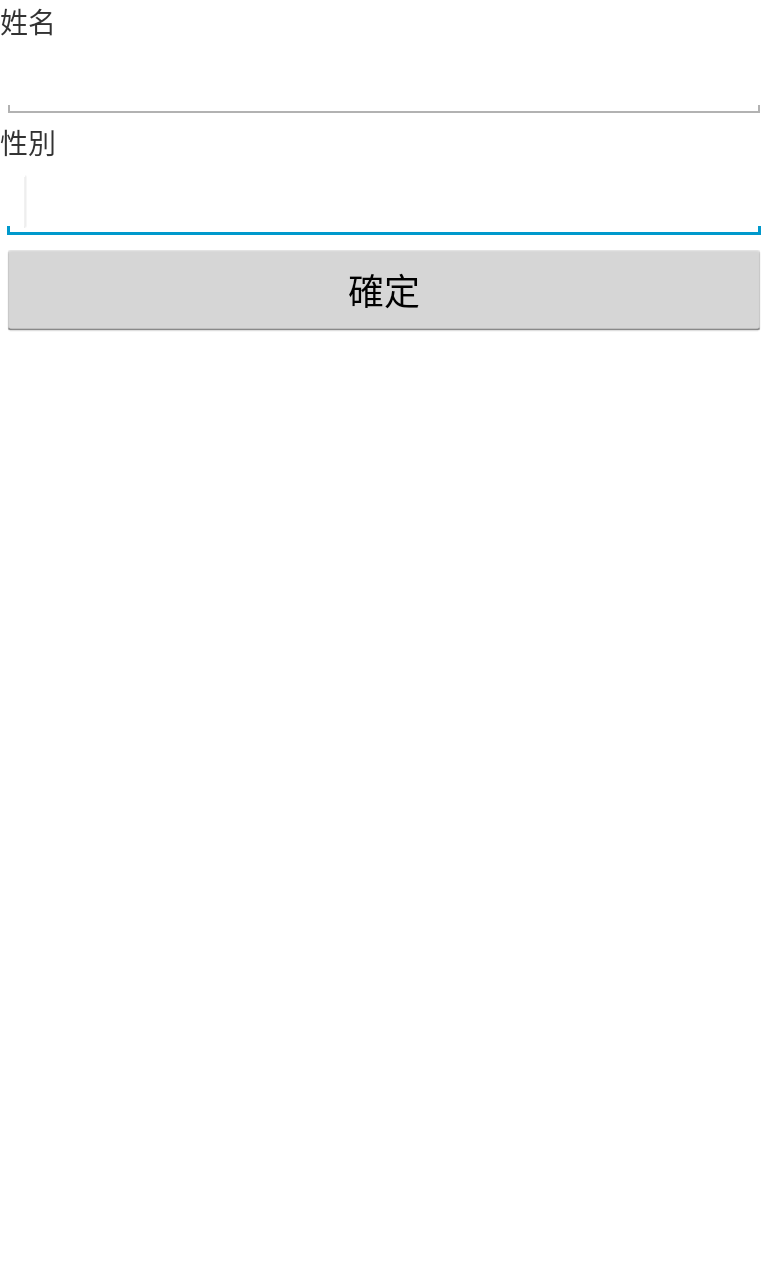
Repository: idarfan/android41
Layout: Ch05app2me/res/layout/activity_main.xml
An editor plug-in stored every save of this project. The layout is shown before and after the next save, followed by the edit.
It is drawn on a 768 x 1280 px phone screen (xhdpi) without system bars, with theme AppTheme; the app's code is not run.

Above is the layout before, as saved 2012-07-18 06:18:00.

### Ch05app2me/res/layout/activity_main.xml
<LinearLayout xmlns:android="http://schemas.android.com/apk/res/android"
    xmlns:tools="http://schemas.android.com/tools"
    android:layout_width="match_parent"
    android:layout_height="match_parent"
    android:orientation="vertical" >

    <TextView
        android:id="@+id/textView1"
        android:layout_width="match_parent"
        android:layout_height="wrap_content"
        android:text="@string/tvPtName" />


    <EditText
        android:id="@+id/etIdName"
        android:layout_width="match_parent"
        android:layout_height="wrap_content"
        android:inputType="textNoSuggestions" >

        <requestFocus />
    </EditText>

    <TextView
        android:id="@+id/textView2"
        android:layout_width="match_parent"
        android:layout_height="wrap_content"
        android:text="@string/tvPtSex" />

    <EditText
        android:id="@+id/etIdSex"
        android:layout_width="match_parent"
        android:layout_height="wrap_content"
        android:inputType="textNoSuggestions" >

        <requestFocus />
    </EditText>

    <Button
        android:id="@+id/button1"
        android:layout_width="match_parent"
        android:layout_height="wrap_content"
        android:text="@string/btPtSure" />

</LinearLayout>

### Ch05app2me/res/values/strings.xml
<resources>

    <string name="app_name">撰寫Ch05app2me專案</string>
    <string name="menu_settings">Settings</string>
    <string name="title_activity_main">MainActivity</string>
    <string name="tvPtName">姓名</string>
    <string name="tvPtSex">性別</string>
    <string name="btPtSure">確定</string>

</resources>

Loaded but not shown: Ch05app2me/res/values-v11/styles.xml (common file); Ch05app2me/res/values-v14/styles.xml (common file); Ch05app2me/res/values/styles.xml (common file)

After the next save:
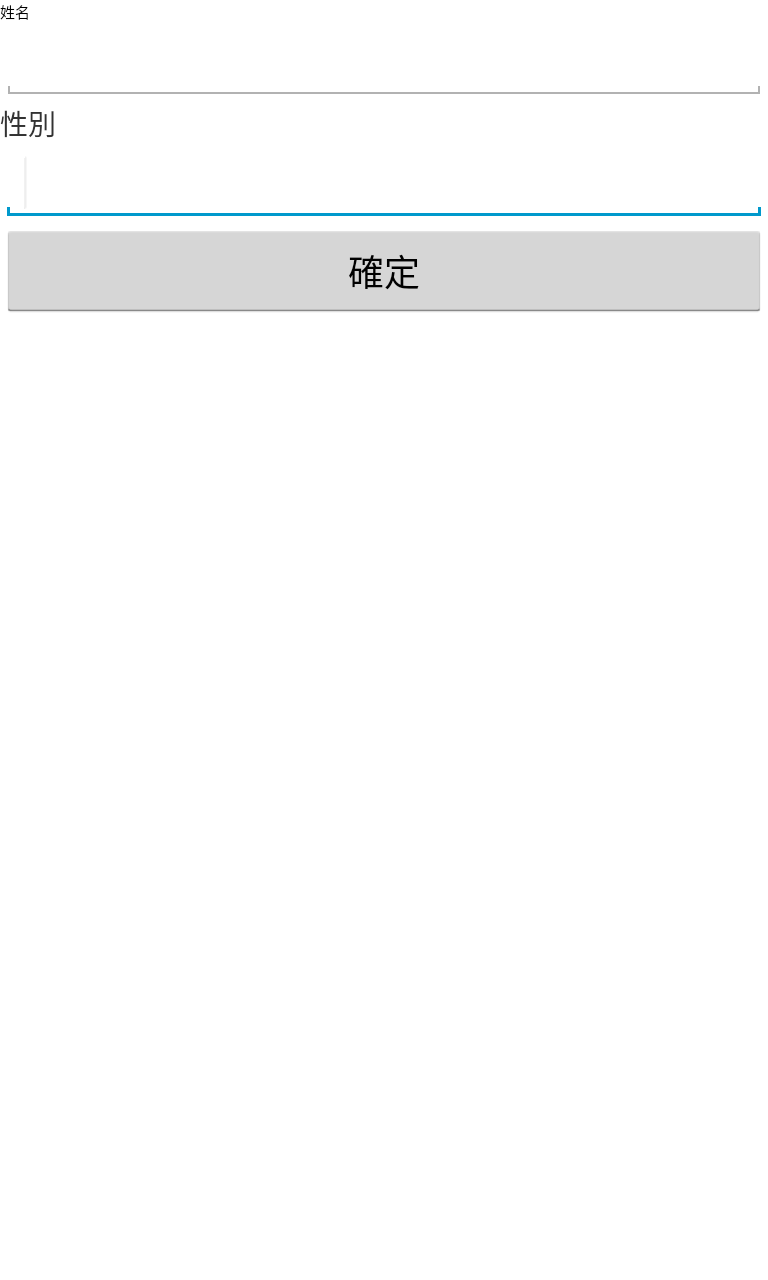
Saved 4 min 6 s later.
--- a/Ch05app2me/res/layout/activity_main.xml
+++ b/Ch05app2me/res/layout/activity_main.xml
@@ -8,8 +8,8 @@
         android:id="@+id/textView1"
         android:layout_width="match_parent"
         android:layout_height="wrap_content"
-        android:text="@string/tvPtName" />
-
+        android:text="@string/tvPtName"
+        android:textAppearance="?android:attr/textApperanceMedium" />
 
     <EditText
         android:id="@+id/etIdName"
